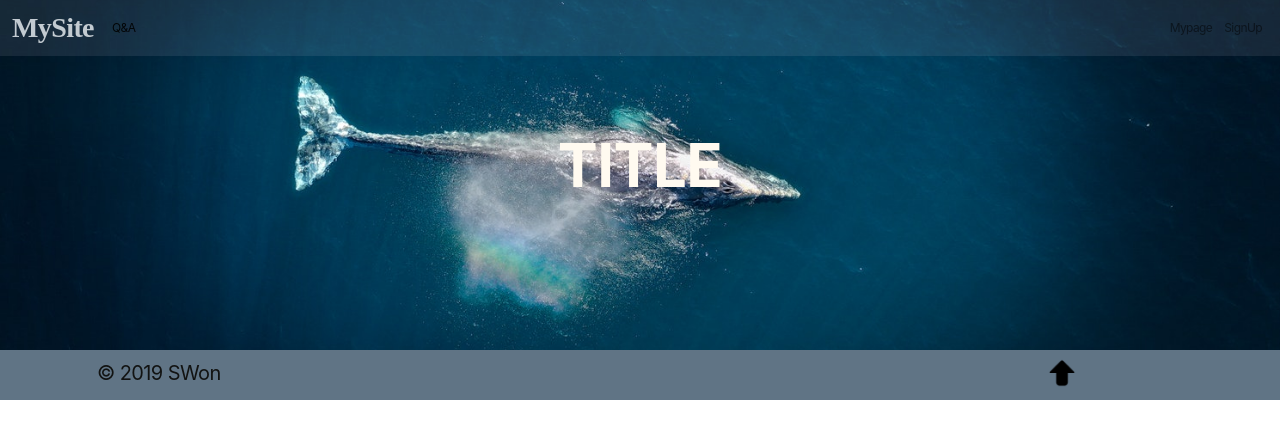
Repository: JungSWon/Project
Page: http://localhost/
The author's editor kept a record of every edit. The page is drawn from the files as they stood at one moment, then again after the next edit.
The browser window is 1280 px wide. The pictures show the whole page.
Some web fonts or font styles are not loaded; a fallback is used. The page is served by the project's application, run on Django 2.2 (pj05/manage.py). Other server files are loaded and not shown.

Above is the page before.

### 05_detail/pj05/detail/views.py
from django.shortcuts import render

# Create your views here.
def index(request):
    return render(request,'index.html')

def qna(request):
    return render(request,'qna.html')


def mypage(request):
    return render(request,'mypage.html')


def signup(request):
    return render(request,'signup.html')

def notfound(request,noturl):
    return render(request,'notfound.html',{'noturl':noturl})

### 05_detail/pj05/detail/templates/index.html
{% extends 'base.html' %}

{% block title %}
프로젝트공오다시디테일
{% endblock %}


{% block body %}
<section id='cover'>
    <div class="container">
        <div class="col">
            <h2 class="cover-title">
                TITLE
            </h2>
        </div>
    </div>
</section>

<footer id="footer" >
    <div class="container">
        <div class="row">
            <div class="col-2">
                <p class="footer-copy">&copy; 2019 SWon</p>
            </div>
            <div class="col-8">
            </div>
            <div class="col-2" >
                <a href="#" class="top"><img src="../static/assets/Arrows-Right-Arrow-icon.png" alt=""></a>
            </div>
        </div>
    </div>
</footer>

{% endblock %}

### 05_detail/pj05/detail/templates/base.html
{% load static %}
<!DOCTYPE html>
<html lang="ko">
    <head>
        <meta charset="UTF-8">
        <meta name="viewport" content="width=device-width, initial-scale=1.0">
        <meta http-equiv="X-UA-Compatible" content="ie=edge">
        <link rel="stylesheet" href="https://stackpath.bootstrapcdn.com/bootstrap/4.3.1/css/bootstrap.min.css" integrity="sha384-ggOyR0iXCbMQv3Xipma34MD+dH/1fQ784/j6cY/iJTQUOhcWr7x9JvoRxT2MZw1T" crossorigin="anonymous">
        <link rel='stylesheet' href="{% static 'css/style.css' %}">
        <!--/pj05/detail/static/css/style.css-->
        <link href="https://fonts.googleapis.com/css?family=Baloo+Thambi|Noto+Sans+KR:400,700,900|Work+Sans:400,700,900" rel="stylesheet">
        <!--<link rel ='icon' type='image/png' sizes="96x96" href="{% static 'assets/icons8-finn-96.png' %}">-->
        <title>{% block title %}{% endblock %}</title>
    </head>

<body>
        <nav class="navbar col-12 navbar-expand-sm navbar-light bg-fad sticky-top">
        <a class="navbar-brand" href="#"> MySite </a>
        <button class="navbar-toggler" type="button" data-toggle="collapse" data-target="#navbarNav" aria-controls="navbarNav" aria-expanded="false" aria-label="Toggle navigation">
            <span class="navbar-toggler-icon"></span>
        </button>
        <div class="navbar-nav">
            <li class="nav-item active" id="navbarNav">
                <a class="nav-link" href="/qna">Q&A <span class="sr-only">(current)</span></a>
            </li>
        </div>
        <div class="collapse navbar-collapse" id="navbarNav">
            <ul class="navbar-nav">
                <li class="nav-item">
                    <a class="nav-link" href="/mypage">Mypage</a>
                </li>
                <li class="nav-item">
                    <a class="nav-link" href="/signup">SignUp</a>
                </li>
            </ul>
        </div>
        </nav>

        <script src="https://code.jquery.com/jquery-3.3.1.slim.min.js" integrity="sha384-q8i/X+965DzO0rT7abK41JStQIAqVgRVzpbzo5smXKp4YfRvH+8abtTE1Pi6jizo" crossorigin="anonymous"></script>
        <script src="https://cdnjs.cloudflare.com/ajax/libs/popper.js/1.14.7/umd/popper.min.js" integrity="sha384-UO2eT0CpHqdSJQ6hJty5KVphtPhzWj9WO1clHTMGa3JDZwrnQq4sF86dIHNDz0W1" crossorigin="anonymous"></script>
        <script src="https://stackpath.bootstrapcdn.com/bootstrap/4.3.1/js/bootstrap.min.js" integrity="sha384-JjSmVgyd0p3pXB1rRibZUAYoIIy6OrQ6VrjIEaFf/nJGzIxFDsf4x0xIM+B07jRM" crossorigin="anonymous"></script>
    {% block body %}
    {% endblock %}
</body>
</html>

### 05_detail/pj05/pj05_detail/urls.py
"""pj05_detail URL Configuration

The `urlpatterns` list routes URLs to views. For more information please see:
    https://docs.djangoproject.com/en/2.1/topics/http/urls/
Examples:
Function views
    1. Add an import:  from my_app import views
    2. Add a URL to urlpatterns:  path('', views.home, name='home')
Class-based views
    1. Add an import:  from other_app.views import Home
    2. Add a URL to urlpatterns:  path('', Home.as_view(), name='home')
Including another URLconf
    1. Import the include() function: from django.urls import include, path
    2. Add a URL to urlpatterns:  path('blog/', include('blog.urls'))
"""
from django.contrib import admin
from django.urls import path
from detail import views

urlpatterns = [
    path('admin/', admin.site.urls),
    path('', views.index),
    path('mypage', views.mypage),
    path('notfound', views.notfound),
    path('qna', views.qna),
    path('signup', views.signup),
]

### 05_detail/pj05/detail/static/css/style.css
html{
    font-size: 12px;
    font-family: 'Work Sans', sans-serif;
    font-family: 'Noto Sans KR', sans-serif;
    letter-spacing: -0.05em;
}


.navbar {
    padding-top: 10px;
    padding-bottom: 10px;
    background-color: rgba(210, 208, 222, 0.1);
    position: absolute;
}



    /* 아이템 좌측이동 */
.collapse.navbar-collapse {
    justify-content: flex-end;
}

#navbarNav {
    color: #c3cbd1;
}


    /* 네브바 좌측 대표이름, 로고 */
.navbar-light .navbar-brand {
    font-family: 'Baloo Thambi', cursive;
    font-size: 28px;
    line-height: 1;
    font-weight: 700;
    color: #c3cbd1;
}




/*index*/


#cover{
    display: flex;
    justify-content: flex-start;
    align-items: center;
    height: 350px;
    background-size: cover;
    background-position: center center;
    color: floralwhite;
    background-image: url('/static/assets/cover.jpg');
}

.cover-title{
    font-size: 60px;
    line-height: 1.15;
    font-weight: 700;
    margin-bottom: 20px;
    display: flex;
    justify-content: center;
}




#footer{
    padding: 0 1rem 0 3rem;
    height: 50px;
    background-color: #607485;
    color: #121312;
    display: flex;
    align-items: flex-end;
}


.footer-copy{
    letter-spacing: -0.04;
    display: flex;
    align-items: flex-end;
    font-size: 20px;
}



a.top{
    line-height: 2rem;
    margin-bottom: 10px;
}

a.top img{
    width: 30px;
    height: 30px;
    position: relative;
}



.page-body{
    margin: 100px 30px;
}


/*signup*/
.signup-t{
    margin:30px 0;
}





/*Q&A*/
.qnatitle{
    margin:30px 0;
    display: flex;
    justify-content: center;
}





/*mypage*/

.mypage-body{
    margin: 100px 200px;
}

.image-cropper {
    width: 184px;
    height: 184px;
    position: relative;
    overflow: hidden;
    border-radius: 50%;
    margin-left: 5px;
}

.card-img-top round {
    margin: auto 0;
    height: auto;
    width: 100%;
}


/*notfound*/

#notfound-cover{
    background-color: #FBE725;
    color: #181818;

}

After the next edit:
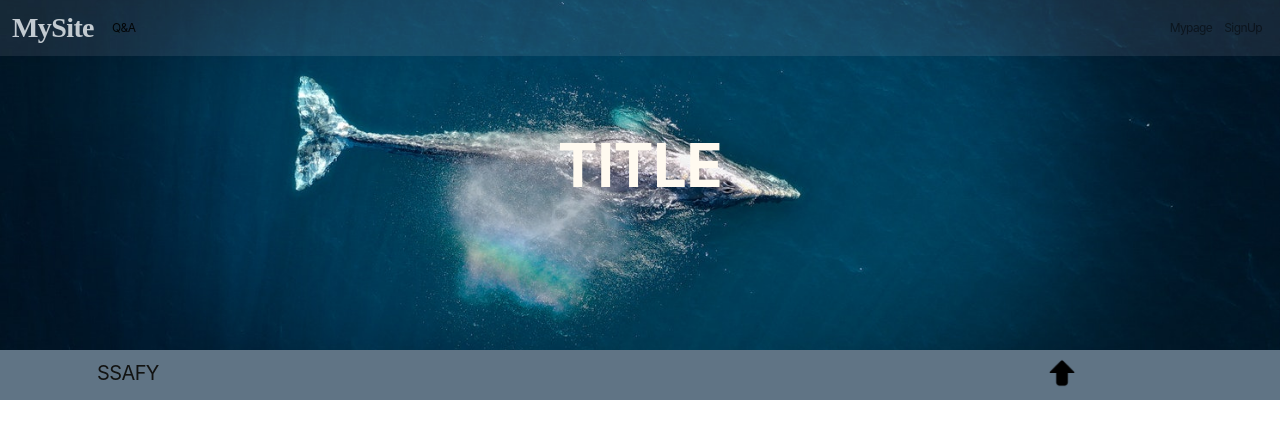
The edit:
--- a/05_detail/pj05/detail/templates/index.html
+++ b/05_detail/pj05/detail/templates/index.html
@@ -20,7 +20,7 @@
     <div class="container">
         <div class="row">
             <div class="col-2">
-                <p class="footer-copy">&copy; 2019 SWon</p>
+                <p class="footer-copy">SSAFY</p>
             </div>
             <div class="col-8">
             </div>
